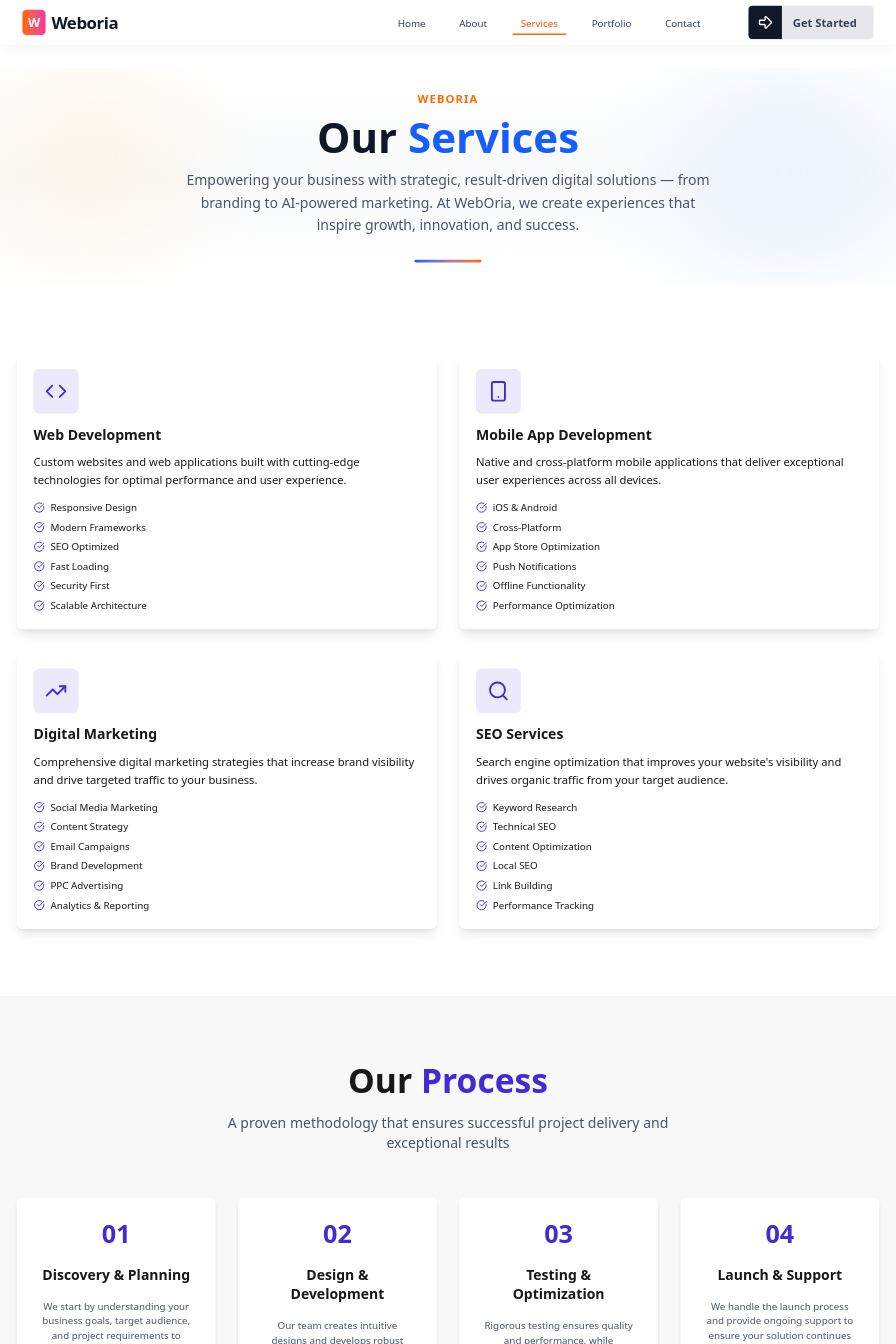
Repository: mdmuhibullahhabib/weboria
Page: /services
These files come from the project's save history. The page is drawn as it stood at one moment and after a run of saves; the edit follows.
The browser window is 1280 px wide. The pictures show the part of the page from y = 0 to 1920 px (the page is 3670 px tall), at 70% of full size.
The project was rebuilt for these pictures with package versions that can differ from the ones it lists, and the page was loaded fresh each time. The framework's server and built-in components were replaced by stand-ins that run in the browser. Also part of the build but not shown: next.config.mjs.

Above is the page before, as saved 2025-10-05 11:56:18.

### src/app/layout.js
import { Geist, Geist_Mono } from "next/font/google";
import "./globals.css";
import Navbar from "@/components/Navbar";
import Footer from "@/components/Footer";
import { Toaster } from "react-hot-toast";

const geistSans = Geist({
  variable: "--font-geist-sans",
  subsets: ["latin"],
});

const geistMono = Geist_Mono({
  variable: "--font-geist-mono",
  subsets: ["latin"],
});

export const metadata = {
  title: "Weboria",
  description: "Digital Marketing Agency",
  icons: "/favicon.ico",
};

export default function RootLayout({ children }) {
  return (
    <html lang="en">
      <body
        className={`${geistSans.variable} ${geistMono.variable} antialiased`}
      >

        <Navbar />
        <Toaster />
        {children}
        <Footer />
      </body>
    </html>
  );
}

### src/components/Navbar.jsx
"use client";
import { useState } from "react";
import Link from "next/link";
import { usePathname } from "next/navigation";
import { Menu, X } from "lucide-react";
import Button from "./Button";

export default function Navbar() {
  const [isOpen, setIsOpen] = useState(false);
  const pathname = usePathname();

  // Brand color palette for Weboria
  // Primary: #FF6B00 (vibrant orange)
  // Secondary: #0B0F19 (dark blue-black)
  // Accent: gradient orange-pink
  const navigation = [
    { name: "Home", href: "/" },
    { name: "About", href: "/about" },
    { name: "Services", href: "/services" },
    { name: "Portfolio", href: "/portfolio" },
    { name: "Contact", href: "/contact" },
  ];

  const isActive = (href) => {
    if (href === "/" && pathname === "/") return true;
    if (href !== "/" && pathname.startsWith(href)) return true;
    return false;
  };

  return (
    <nav className="sticky top-0 z-50 bg-white/80 backdrop-blur-xl border-b border-gray-100 shadow-[0_4px_20px_rgba(0,0,0,0.05)] transition-all duration-300">
      <div className="max-w-7xl mx-auto px-4 sm:px-6 lg:px-8">
        <div className="flex justify-between items-center h-16">
          {/* Logo */}
          <Link href="/" data-testid="link-home">
            <div className="flex items-center space-x-2">
              <div className="bg-gradient-to-r from-orange-500 to-pink-500 text-white font-bold text-lg px-2 py-1 rounded-md shadow-sm">
                W
              </div>
              <h1 className="text-2xl font-extrabold text-gray-900 tracking-tight hover:text-orange-500 transition-colors">
                Weboria
              </h1>
            </div>
          </Link>

          {/* Desktop Navigation */}
          <div className="hidden md:flex space-x-6 items-center">
            {navigation.map((item) => (
              <Link
                key={item.name}
                href={item.href}
                data-testid={`link-${item.name.toLowerCase()}`}
              >
                <span
                  className={`relative px-3 py-2 rounded-md text-sm font-medium transition-all duration-300 ${
                    isActive(item.href)
                      ? "text-orange-600 after:absolute after:left-0 after:bottom-0 after:h-[2px] after:w-full after:bg-orange-500 after:rounded-full"
                      : "text-gray-700 hover:text-orange-600 hover:after:absolute hover:after:left-0 hover:after:bottom-0 hover:after:h-[2px] hover:after:w-full hover:after:bg-orange-500 hover:after:rounded-full"
                  }`}
                >
                  {item.name}
                </span>
              </Link>
            ))}

            {/* CTA Button */}
            <Button
              className="ml-8 "
              text={"Get Started"}
              href="/contact"
            />
          </div>

          {/* Mobile menu button */}
          <div className="md:hidden">
            <button
              className="p-2 rounded-md text-gray-800 hover:bg-gray-100 transition"
              onClick={() => setIsOpen(!isOpen)}
              data-testid="button-mobile-menu"
            >
              {isOpen ? (
                <X className="w-6 h-6 text-orange-600" />
              ) : (
                <Menu className="w-6 h-6 text-gray-800" />
              )}
            </button>
          </div>
        </div>

        {/* Mobile Navigation */}
        {isOpen && (
          <div className="md:hidden mt-2 border-t border-gray-100 bg-white/90 rounded-lg shadow-lg backdrop-blur-md transition-all">
            <div className="flex flex-col space-y-1 px-4 py-4">
              {navigation.map((item) => (
                <Link
                  key={item.name}
                  href={item.href}
                  data-testid={`link-mobile-${item.name.toLowerCase()}`}
                >
                  <span
                    className={`block px-3 py-2 rounded-md text-base font-medium transition-colors ${
                      isActive(item.href)
                        ? "bg-gradient-to-r from-orange-500 to-pink-500 text-white"
                        : "text-gray-800 hover:bg-orange-50 hover:text-orange-600"
                    }`}
                    onClick={() => setIsOpen(false)}
                  >
                    {item.name}
                  </span>
                </Link>
              ))}

              {/* Mobile CTA Button */}
              <Button
                text={"Get Started"}
                href="/contact"
                className="mt-3 "
              />
            </div>
          </div>
        )}
      </div>
    </nav>
  );
}

### src/components/Footer.jsx
"use client";

import Link from "next/link";
import {
  Facebook,
  Twitter,
  Linkedin,
  Instagram,
  Mail,
  Phone,
  MapPin,
} from "lucide-react";

export default function Footer() {
  // ✅ CTA function in plain JS
  const handleNewsletterSubmit = (e) => {
    e.preventDefault();
    const formData = new FormData(e.target);
    const email = formData.get("email");
    console.log("Newsletter signup:", email);
    e.target.reset();
  };

  const quickLinks = [
    { name: "Home", href: "/" },
    { name: "About", href: "/about" },
    { name: "Services", href: "/services" },
    { name: "Portfolio", href: "/portfolio" },
    { name: "Contact", href: "/contact" },
  ];

  const services = [
    { name: "Web Development", href: "/services" },
    { name: "Mobile Apps", href: "/services" },
    { name: "Digital Marketing", href: "/services" },
    { name: "SEO Services", href: "/services" },
  ];

  const socialLinks = [
    { Icon: Facebook, href: "#", label: "Facebook" },
    { Icon: Twitter, href: "#", label: "Twitter" },
    { Icon: Linkedin, href: "#", label: "LinkedIn" },
    { Icon: Instagram, href: "#", label: "Instagram" },
  ];

  return (
    <footer className="bg-base-200 border-t">
      <div className="max-w-7xl mx-auto px-4 sm:px-6 lg:px-8 py-16">
        {/* Main Footer Content */}
        <div className="grid grid-cols-1 md:grid-cols-2 lg:grid-cols-4 gap-8">
          {/* Company Info */}
          <div className="space-y-4">
            <h3 className="text-2xl font-bold text-primary">Weboria</h3>
            <p className="text-base-content/70 leading-relaxed">
              Transforming businesses through innovative digital solutions.
              We create experiences that inspire, engage, and convert.
            </p>

            {/* Contact Info */}
            <div className="space-y-2 text-base-content/70">
              <div className="flex items-center">
                <Mail className="w-4 h-4 mr-2" />
                <span className="text-sm">hello@weboria.com</span>
              </div>
              <div className="flex items-center">
                <Phone className="w-4 h-4 mr-2" />
                <span className="text-sm">+1 (555) 123-4567</span>
              </div>
              <div className="flex items-center">
                <MapPin className="w-4 h-4 mr-2" />
                <span className="text-sm">San Francisco, CA</span>
              </div>
            </div>
          </div>

          {/* Quick Links */}
          <div>
            <h4 className="text-lg font-semibold mb-4">Quick Links</h4>
            <ul className="space-y-2">
              {quickLinks.map((link) => (
                <li key={link.name}>
                  <Link href={link.href}>
                    <span className="text-base-content/70 hover:text-primary transition-colors">
                      {link.name}
                    </span>
                  </Link>
                </li>
              ))}
            </ul>
          </div>

          {/* Services */}
          <div>
            <h4 className="text-lg font-semibold mb-4">Services</h4>
            <ul className="space-y-2">
              {services.map((service) => (
                <li key={service.name}>
                  <Link href={service.href}>
                    <span className="text-base-content/70 hover:text-primary transition-colors">
                      {service.name}
                    </span>
                  </Link>
                </li>
              ))}
            </ul>
          </div>

          {/* Newsletter */}
          <div>
            <h4 className="text-lg font-semibold mb-4">Stay Updated</h4>
            <p className="text-base-content/70 text-sm mb-4">
              Get the latest insights and updates on digital trends.
            </p>
            <form onSubmit={handleNewsletterSubmit} className="space-y-2">
              <input
                type="email"
                name="email"
                placeholder="Enter your email"
                className="input input-bordered w-full"
                required
              />
              <button type="submit" className="btn btn-primary w-full">
                Subscribe
              </button>
            </form>
          </div>
        </div>

        {/* Social Links & Copyright */}
        <div className="border-t mt-12 pt-8">
          <div className="flex flex-col md:flex-row justify-between items-center space-y-4 md:space-y-0">
            {/* Social Links */}
            <div className="flex space-x-4">
              {socialLinks.map(({ Icon, href, label }) => (
                <a
                  key={label}
                  href={href}
                  target="_blank"
                  rel="noopener noreferrer"
                  className="btn btn-circle btn-ghost"
                  aria-label={label}
                >
                  <Icon className="w-5 h-5" />
                </a>
              ))}
            </div>

            {/* Copyright */}
            <div className="text-center md:text-right">
              <p className="text-base-content/70 text-sm">
                © 2024 Weboria. All rights reserved.
              </p>
            </div>
          </div>
        </div>
      </div>
    </footer>
  );
}

### src/app/Home/components/CTASection.jsx
import { ArrowRight, CheckCircle } from "lucide-react";

export default function CTASection({
  title = "Ready to Transform Your Digital Presence?",
  subtitle = "Join hundreds of successful businesses that trust Weboria to deliver exceptional digital solutions.",
  benefits = [
    "Free consultation and project planning",
    "Dedicated project manager",
    "30-day money-back guarantee",
    "Ongoing support and maintenance",
  ],
  primaryButtonText = "Start Your Project",
  secondaryButtonText = "Schedule a Call",
  onPrimaryClick,
  onSecondaryClick,
}) {
  const handlePrimaryClick = () => {
    console.log("Primary CTA clicked");
    onPrimaryClick?.();
  };

  const handleSecondaryClick = () => {
    console.log("Secondary CTA clicked");
    onSecondaryClick?.();
  };

  return (
    <section className="py-24 bg-gradient-to-br from-primary to-secondary">
      <div className="max-w-7xl mx-auto px-4 sm:px-6 lg:px-8">
        <div className="max-w-4xl mx-auto text-center">
          {/* Title */}
          <h2 className="text-3xl md:text-4xl lg:text-5xl font-bold text-white mb-6">
            {title}
          </h2>

          {/* Subtitle */}
          <p className="text-xl text-white/90 mb-8 max-w-2xl mx-auto leading-relaxed">
            {subtitle}
          </p>

          {/* Benefits List */}
          <div className="grid grid-cols-1 md:grid-cols-2 gap-4 mb-12 max-w-2xl mx-auto">
            {benefits.map((benefit, index) => (
              <div key={index} className="flex items-center text-white/90">
                <CheckCircle className="w-5 h-5 text-accent mr-3 flex-shrink-0" />
                <span>{benefit}</span>
              </div>
            ))}
          </div>

          {/* CTA Buttons */}
          <div className="flex flex-col sm:flex-row gap-4 justify-center items-center">
            {/* Primary Button */}
            <button
              className="btn btn-primary flex items-center px-8 py-4 text-lg"
              onClick={handlePrimaryClick}
              data-testid="button-cta-primary"
            >
              {primaryButtonText}
              <ArrowRight className="ml-2 w-5 h-5" />
            </button>

            {/* Secondary Button */}
            <button
              className="btn btn-outline btn-white flex items-center px-8 py-4 text-lg"
              onClick={handleSecondaryClick}
              data-testid="button-cta-secondary"
            >
              {secondaryButtonText}
            </button>
          </div>
        </div>
      </div>
    </section>
  );
}

### src/app/Home/components/Service.jsx

import { CheckCircle } from "lucide-react";

// Service card component
export default function Service({ icon: Icon, title, description, features = [] }) {
  return (
    <div className="h-full bg-base-100 shadow-lg rounded-lg p-6 flex flex-col transition-all duration-300 hover:scale-105 hover:shadow-xl">
      {/* Icon */}
      {Icon && (
        <div className="flex items-center justify-center w-16 h-16 bg-primary/10 rounded-lg mb-4">
          <Icon className="w-8 h-8 text-primary" />
        </div>
      )}

      {/* Title */}
      <h3 className="text-xl font-semibold mb-3 text-foreground">{title}</h3>

      {/* Description */}
      <p className="text-muted-foreground mb-4 leading-relaxed">{description}</p>

      {/* Features */}
      {features.length > 0 && (
        <ul className="space-y-2 mt-auto">
          {features.map((feature, index) => (
            <li key={index} className="flex items-center text-sm text-muted-foreground">
              <CheckCircle className="w-4 h-4 text-primary mr-2 flex-shrink-0" />
              {feature}
            </li>
          ))}
        </ul>
      )}
    </div>
  );
}

### src/components/Button.jsx
// Button.jsx
"use client";

import { ArrowBigRight } from "lucide-react";
import Link from "next/link";

export default function Button({ text, href = "#", className = "" }) {
  return (
    <Link
      href={href}
      className={`
        relative inline-flex items-center overflow-hidden group rounded-md font-semibold
        bg-gray-200 text-gray-700 border-none hover:bg-gray-300 transition-colors
        ${className}
      `}
    >
      {/* বাম পাশে আইকন বক্স */}
      <span
        className="
          absolute left-0 top-0 h-full w-12 flex items-center justify-center
          bg-gray-900 text-white text-xl font-bold z-20
        "
      >
        <ArrowBigRight />
      </span>

      {/* মূল টেক্সট */}
      <span
        className="
          relative z-20 py-3 px-6 pl-16 transition-colors
          group-hover:text-gray-900
        "
      >
        {text}
      </span>

      {/* Hover effect (Sky Blue wipe) */}
      <span
        className="
          absolute top-0 left-0 w-0 h-full bg-sky-400
          group-hover:w-full transition-all duration-300 ease-out z-10
        "
      />
    </Link>
  );
}

Loaded but not shown: src/app/globals.css (common file); src/app/services/page.jsx (208 lines, source omitted)

After the next 2 saves:
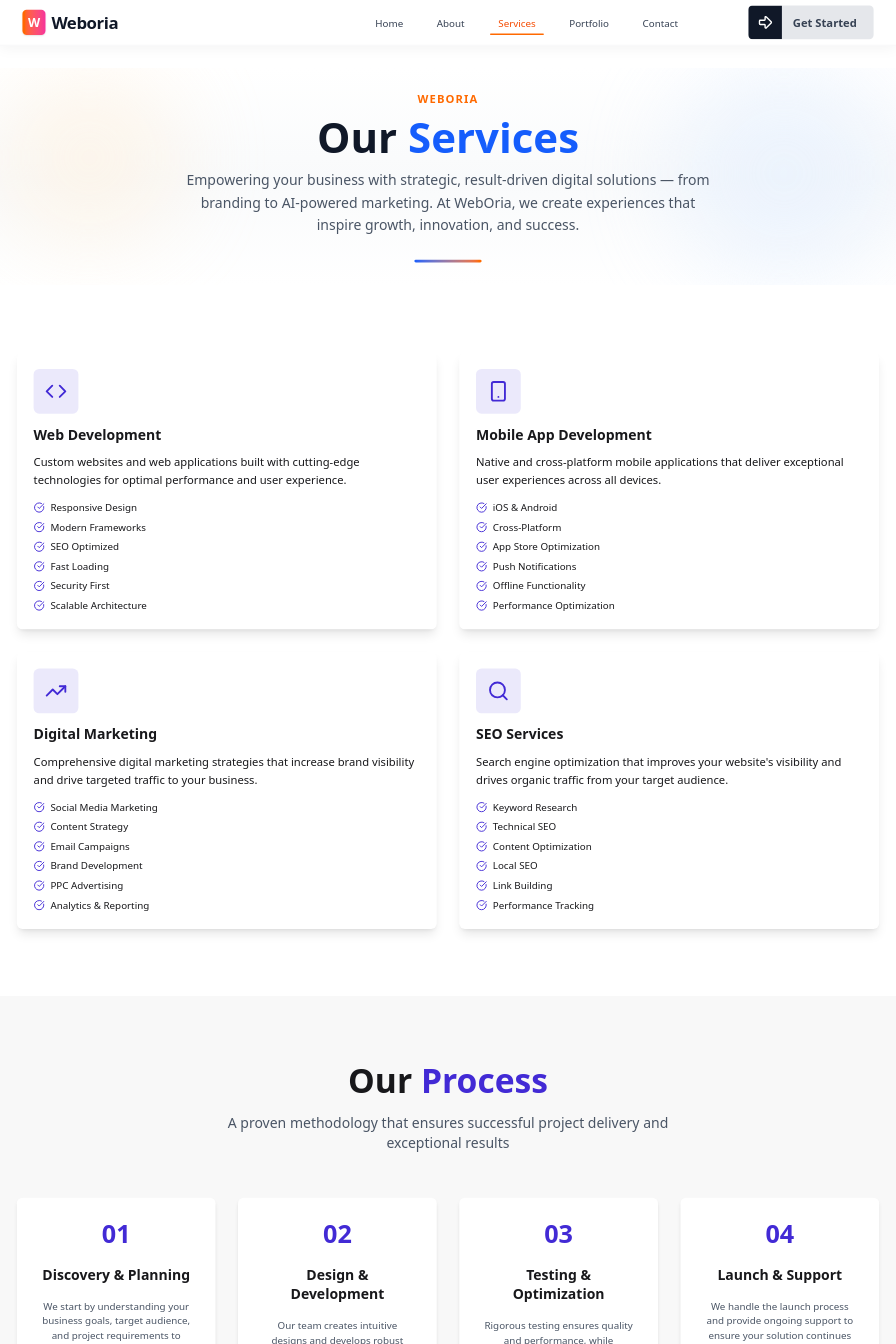
The 2 saves are shown as one change because they came seconds apart.
The last was saved 102 s later.
--- a/src/components/Navbar.jsx
+++ b/src/components/Navbar.jsx
@@ -65,7 +65,7 @@ export default function Navbar() {
 
             {/* CTA Button */}
             <Button
-              className="ml-8 "
+              className="ml-16"
               text={"Get Started"}
               href="/contact"
             />
